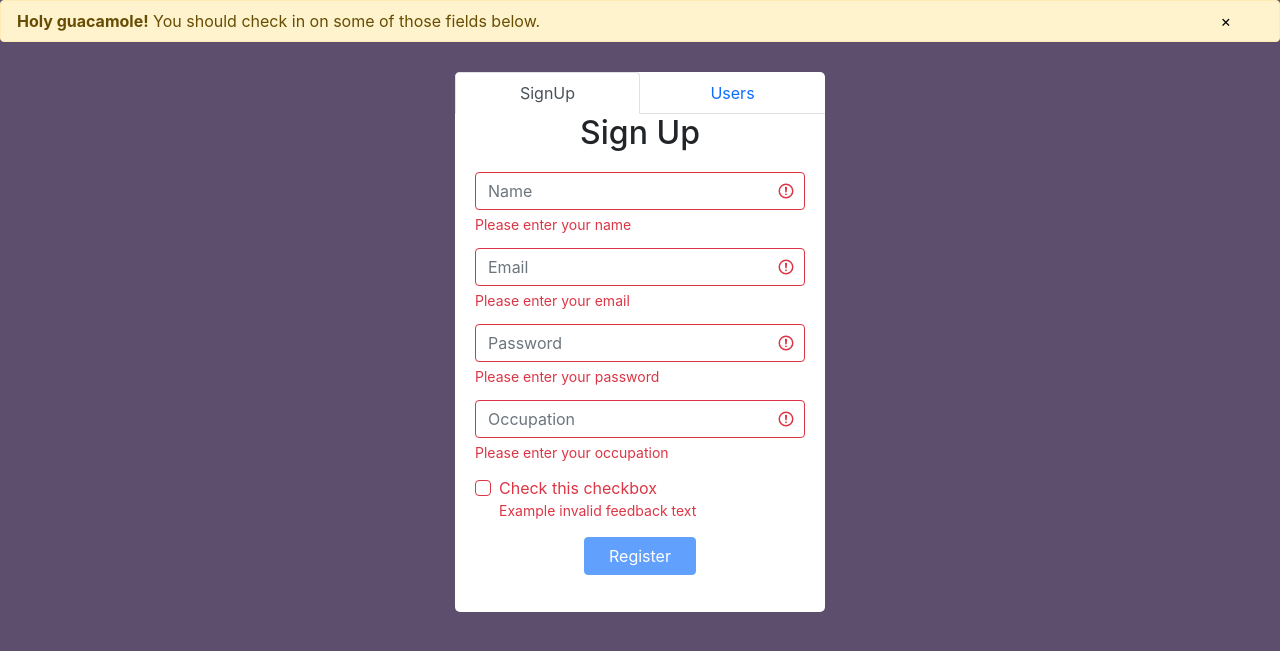
Repository: asadalibest1/SignUp-from
Page: /
These files come from the project's save history. The page is drawn as it stood at one moment and after the next save; the edit follows.
The browser window is 1280 px wide. The pictures show the whole page.
The project was rebuilt for these pictures with package versions that can differ from the ones it lists, and the page was loaded fresh each time.

Above is the page before, as saved 2021-02-09 16:39:27.

After the next save:
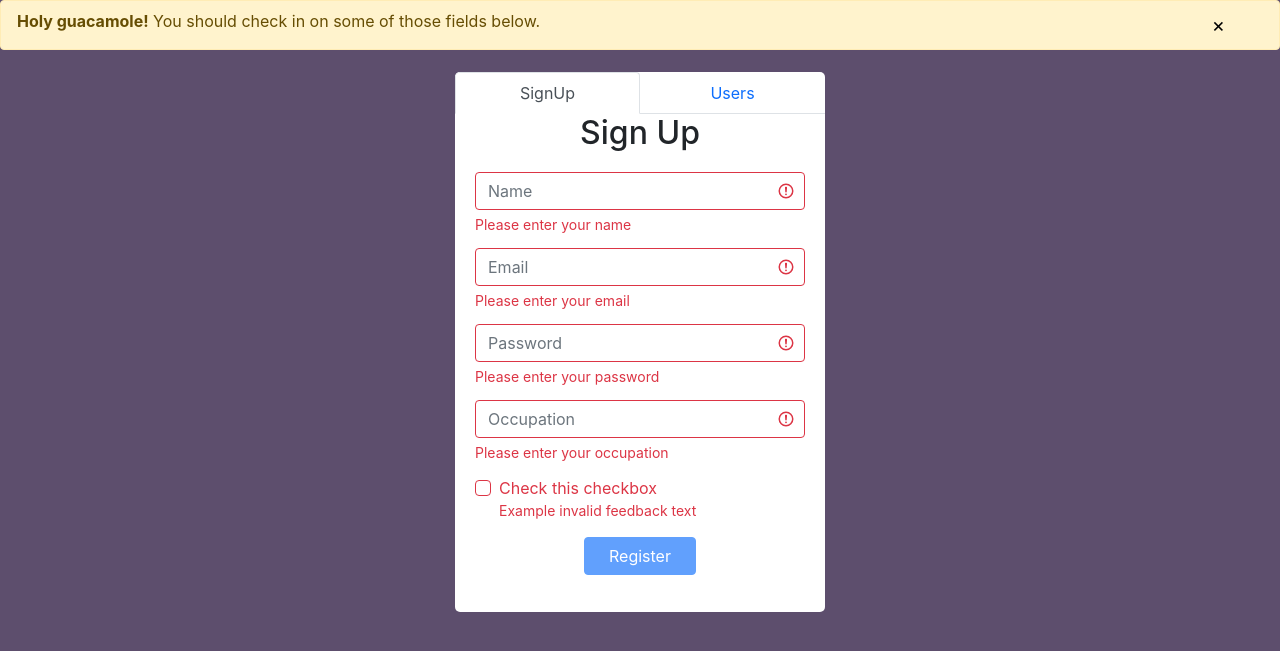
Saved 9 s later.
--- a/src/components/SignUp/SignUp.css
+++ b/src/components/SignUp/SignUp.css
@@ -26,8 +26,7 @@
     clear: both;
     border: 0;
     background: transparent;
-    margin: 0;
-    padding: 0;
+    font-size: 20px;
 }
 
 @media (max-width: 800px) {
